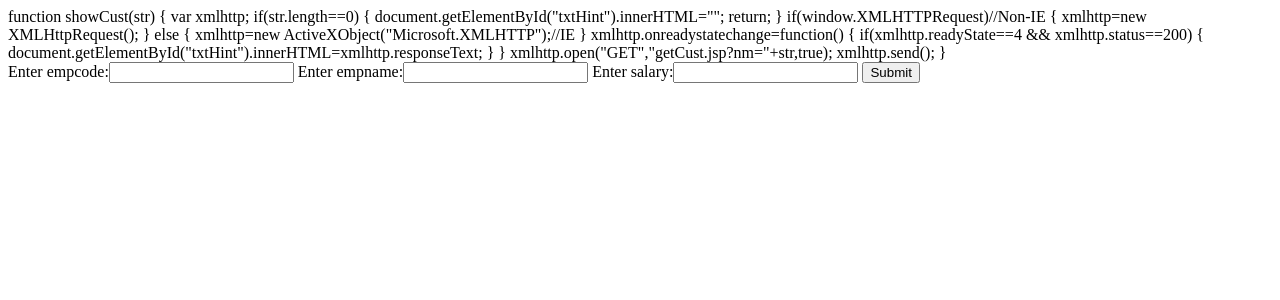
Repository: shiva94/MyProjects
Page: http://localhost/ServDemo1/AddEmployee.jsp
An editor plug-in stored every save of this project. The page is shown before and after the next save, followed by the edit.
The browser window is 1280 px wide. The pictures show the whole page.
The page is served by Tomcat 9. Other server files are loaded and not shown.

Above is the page before, as saved 2015-08-17 07:45:42.

### ServDemo1/WebContent/AddEmployee.jsp
<%@ page language="java" contentType="text/html; charset=ISO-8859-1"
    pageEncoding="ISO-8859-1"%>
<!DOCTYPE html PUBLIC "-//W3C//DTD HTML 4.01 Transitional//EN" "http://www.w3.org/TR/html4/loose.dtd">
<html>
<head>
<meta http-equiv="Content-Type" content="text/html; charset=ISO-8859-1">
<title>Insert title here</title>
function showCust(str) {
var xmlhttp;
if(str.length==0)
	{
	document.getElementById("txtHint").innerHTML="";
	return;
	}
if(window.XMLHTTPRequest)//Non-IE
	{
	xmlhttp=new XMLHttpRequest();
	}
else
	{
	xmlhttp=new ActiveXObject("Microsoft.XMLHTTP");//IE
	}
xmlhttp.onreadystatechange=function()
	{
	if(xmlhttp.readyState==4 && xmlhttp.status==200)
		{
		document.getElementById("txtHint").innerHTML=xmlhttp.responseText;
		}
	}
xmlhttp.open("GET","getCust.jsp?nm="+str,true);
xmlhttp.send();
}
</script>
</head>
<body>
<form action="AddEmployee">
Enter empcode:<input type="text" name="empcode">
Enter empname:<input type="text" name="empname">
Enter salary:<input type="text" name="salary">
<input type="submit">
</form>
</body>
</html>

After the next save:
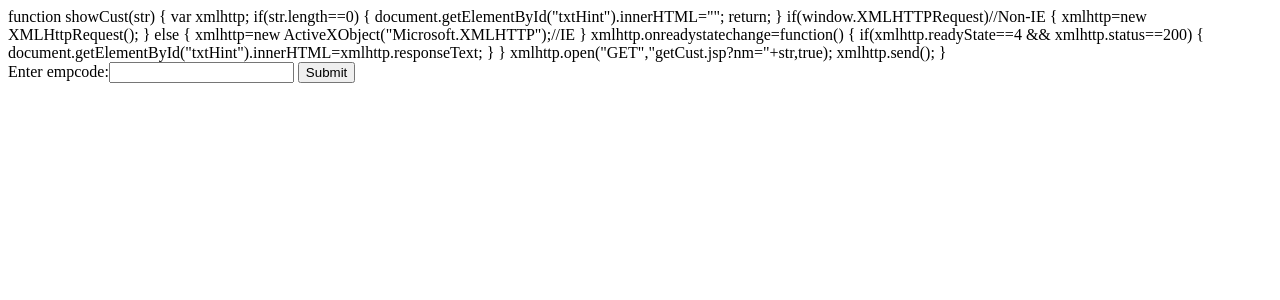
Saved 22 s later.
--- a/ServDemo1/WebContent/AddEmployee.jsp
+++ b/ServDemo1/WebContent/AddEmployee.jsp
@@ -35,8 +35,7 @@ xmlhttp.send();
 <body>
 <form action="AddEmployee">
 Enter empcode:<input type="text" name="empcode">
-Enter empname:<input type="text" name="empname">
-Enter salary:<input type="text" name="salary">
+
 <input type="submit">
 </form>
 </body>
